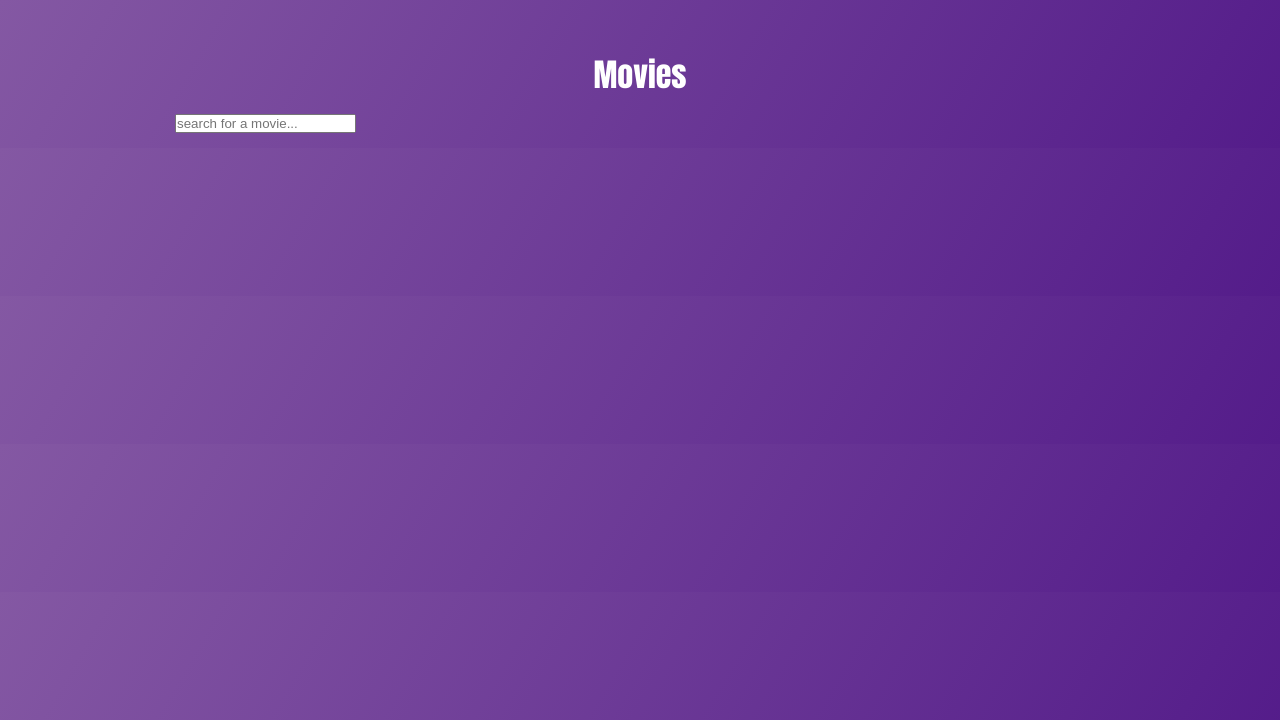
Repository: KLM94/moviedb
Page: /
These files come from the project's save history. The page is drawn as it stood at one moment and after the next save; the edit follows.
The browser window is 1280 px wide. The pictures show the whole page.
The project was rebuilt for these pictures with package versions that can differ from the ones it lists, and the page was loaded fresh each time.

Above is the page before, as saved 2020-09-16 15:31:25.

### src/index.css
* {
  margin: 0;
  padding: 0;
  box-sizing: border-box;
}

body {
  font-family: Impact, Haettenschweiler, "Arial Narrow Bold", sans-serif;
  background-image: linear-gradient(120deg, #8458a3 0%, #541c8a 100%);
}

header {
  padding: 50px 15px 0px;
}

header h1 {
  color: white;
  font-size: 48;
  font-weight: 500;
  text-align: center;
}

main {
  width: 100%;
  max-width: 960px;
  margin: 0 auto;
}

section {
  padding: 15px;
}

.searchbox {
  display: block;
  width: 100;
}

### src/App.js
import React from "react";
import Search from "./components/Search";

function App() {
  return (
    <div className="App">
      <header>
        <h1>Movies</h1>
      </header>
      <main>
        <Search />
      </main>
    </div>
  );
}

export default App;

### src/components/Search.jsx
import React from "react";

function Search() {
  return (
    <section className="searchbox-wrap">
      <input
        type="text"
        placeholder="search for a movie..."
        className="searchbox"
      />
    </section>
  );
}

export default Search;

Loaded but not shown: public/index.html (common file); src/index.js (common file); src/serviceWorker.js (common file)

After the next save:
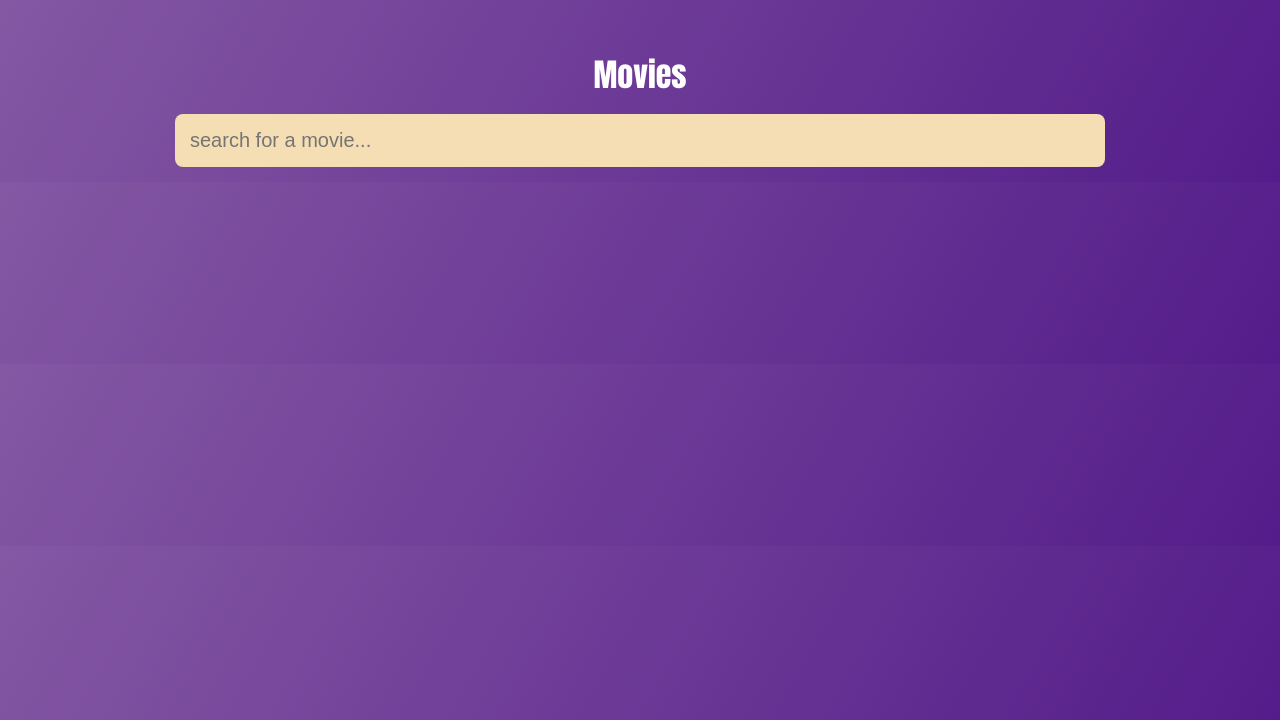
Saved 107 s later.
--- a/src/index.css
+++ b/src/index.css
@@ -32,5 +32,17 @@ section {
 
 .searchbox {
   display: block;
-  width: 100;
+  width: 100%;
+  padding: 15px;
+
+  border: none;
+  outline: none;
+  background: none;
+
+  background-color: wheat;
+  border-radius: 8px;
+
+  color: palevioletred;
+  font-size: 20px;
+  font-weight: 300;
 }
